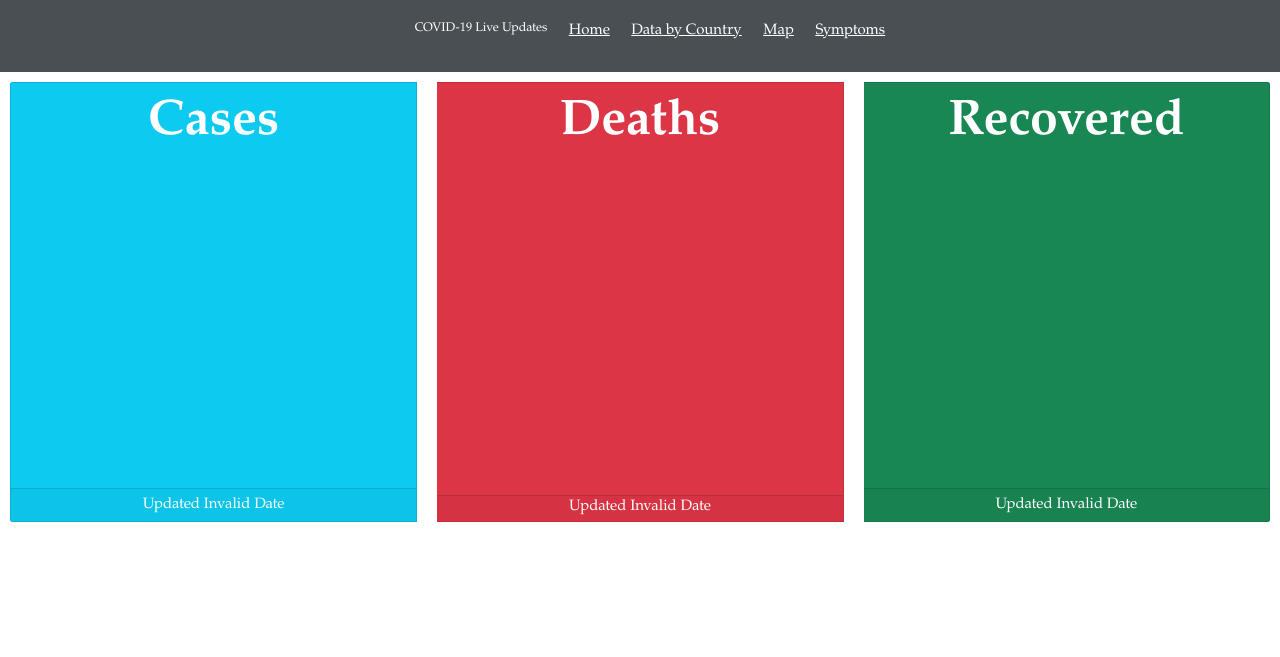
Repository: ranadubauskas/COVID-19Tracker
Page: /
The author's editor kept a copy of each file at every save. The page is drawn from the files as they stood at one save, then again after the next save.
The browser window is 1280 px wide. The pictures show the whole page.
The page's requests for data from a server got no answer. The project was rebuilt for these pictures with package versions that can differ from the ones it lists, and the page was loaded fresh each time. No one was signed in, and anything a server would have sent is missing. Also part of the build but not shown: src/Pages/About.css, src/Pages/About.js, src/Pages/Countries.css, src/Pages/Countries.js, src/Pages/Map.js.

Above is the page before, as saved 2022-03-31 21:32:03.

After the next save:
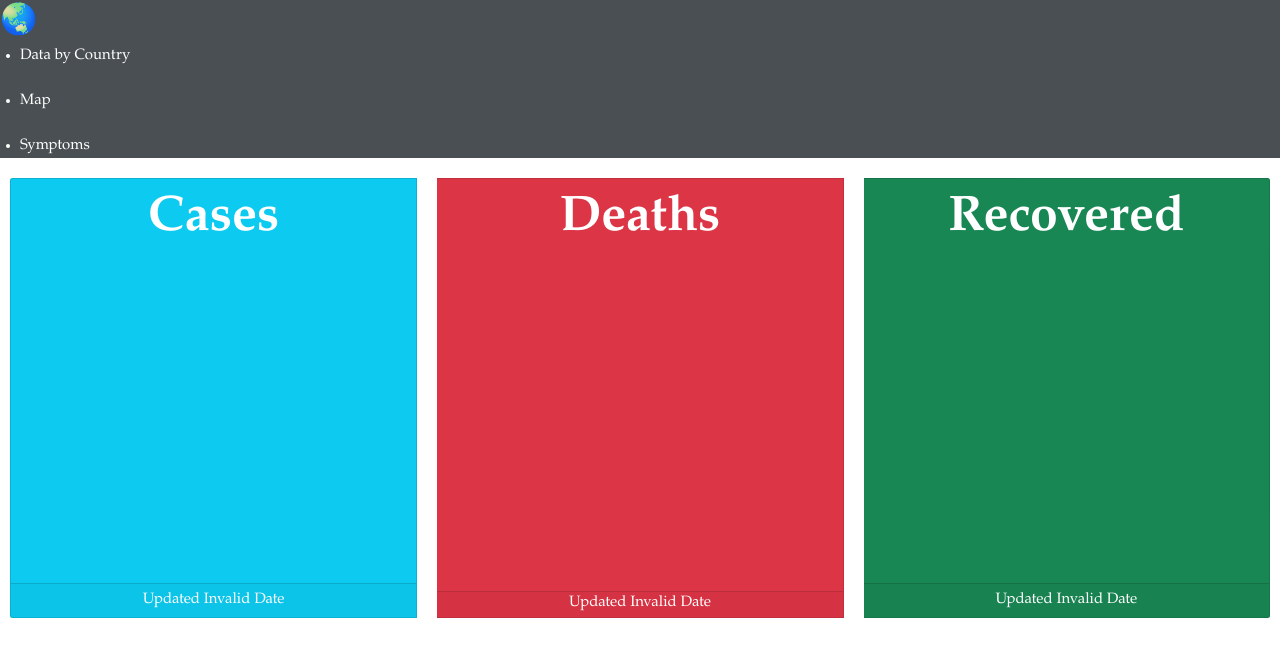
Saved 38 s later.
--- a/src/App.js
+++ b/src/App.js
@@ -4,6 +4,7 @@ import Home from './Pages/Home';
 import About from './Pages/About';
 import Countries from './Pages/Countries';
 import Map from  './Pages/Map';
+import Nav from "./Nav";
 import { BrowserRouter as Router, Routes, Route, Link } from "react-router-dom";
 
 
@@ -13,24 +14,7 @@ const App = () => {
 
 
     <Router>
-     <div className="top">
-      <nav className="nav">
-     <ul className="nav-list">
-     <h5> COVID-19 Live Updates</h5>
-          <li><Link to="/" className="link">Home</Link></li>
-          <li><Link to="/Countries" className="link"> Data by Country</Link></li>
-          <li> <Link to="/Map" className="link">Map </Link> </li>
-          <li> <Link to="/About" className="link"> Symptoms </Link></li>
-        </ul>
-        </nav>
-        </div>
-
-
-
-
-
-
-
+     <Nav />
 
       <Routes>
       <Route path='/' element={<Home/>} />
